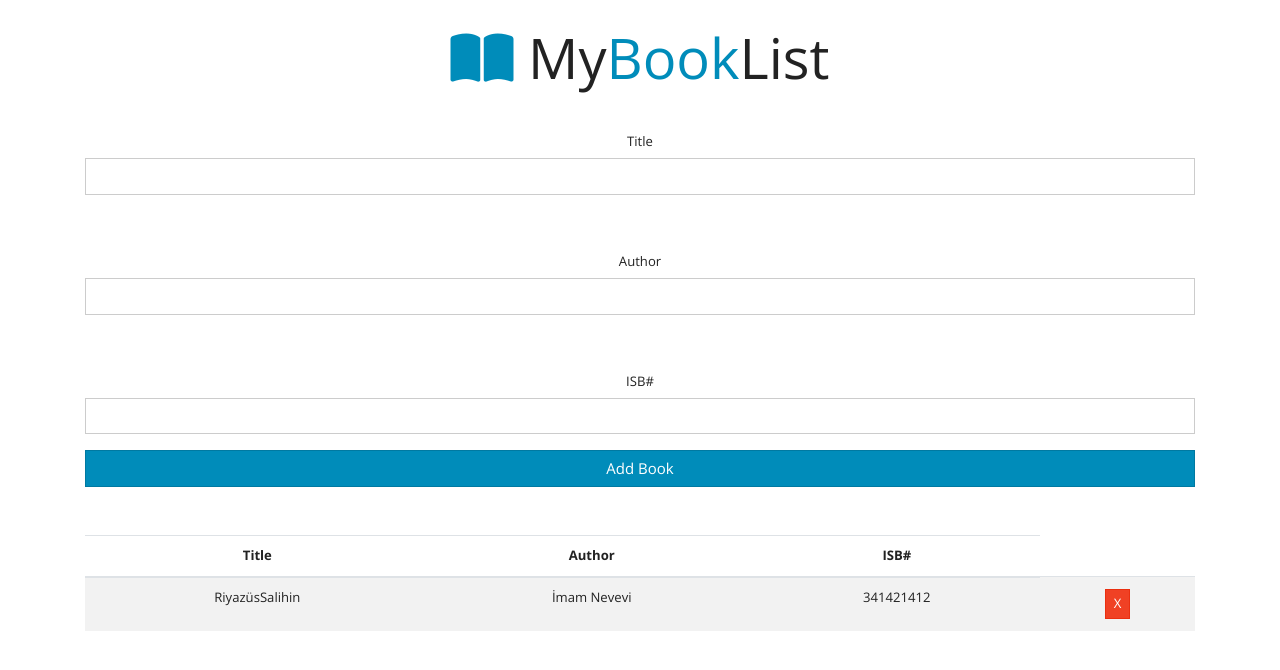
Repository: muhyilmaz/jsMyBookListPrj
Page: index.html
The author's editor kept a copy of each file at every save. The page is drawn from the files as they stood at one save, then again after the next save.
The browser window is 1280 px wide. The pictures show the whole page.
Some web libraries are served in a nearby version.

Above is the page before, as saved 2020-06-21 20:55:34.

After the next save:
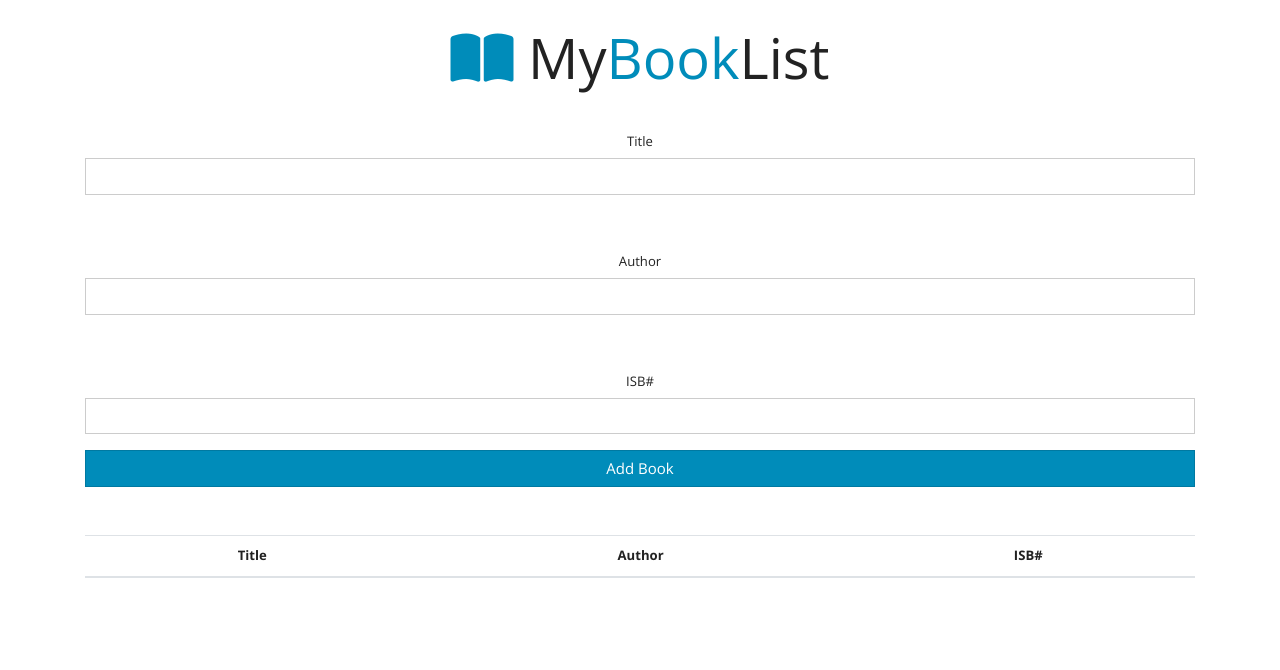
Console error: SyntaxError: Unexpected token '}'
Saved 39 s later.
--- a/app.js
+++ b/app.js
@@ -71,6 +71,7 @@
 class Store {
     static getBooks() {
         let books;
+        if(localStorage.getItem('books'))
 
     }
 

After the 2 saves that followed:
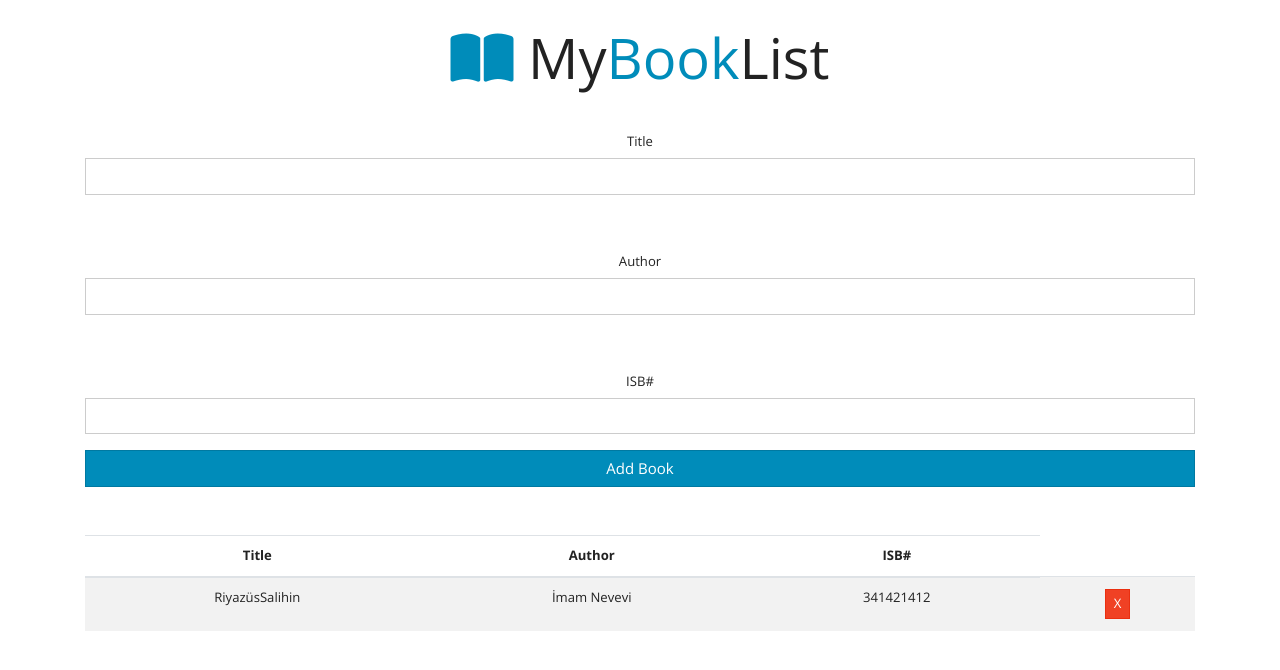
The error is gone.
The 2 saves are shown as one change because 1 left the picture as it was.
The last was saved 17 s later.
--- a/app.js
+++ b/app.js
@@ -71,7 +71,9 @@
 class Store {
     static getBooks() {
         let books;
-        if(localStorage.getItem('books'))
+        if(localStorage.getItem('books') ===null){
+            books = [];
+        }
 
     }
 
